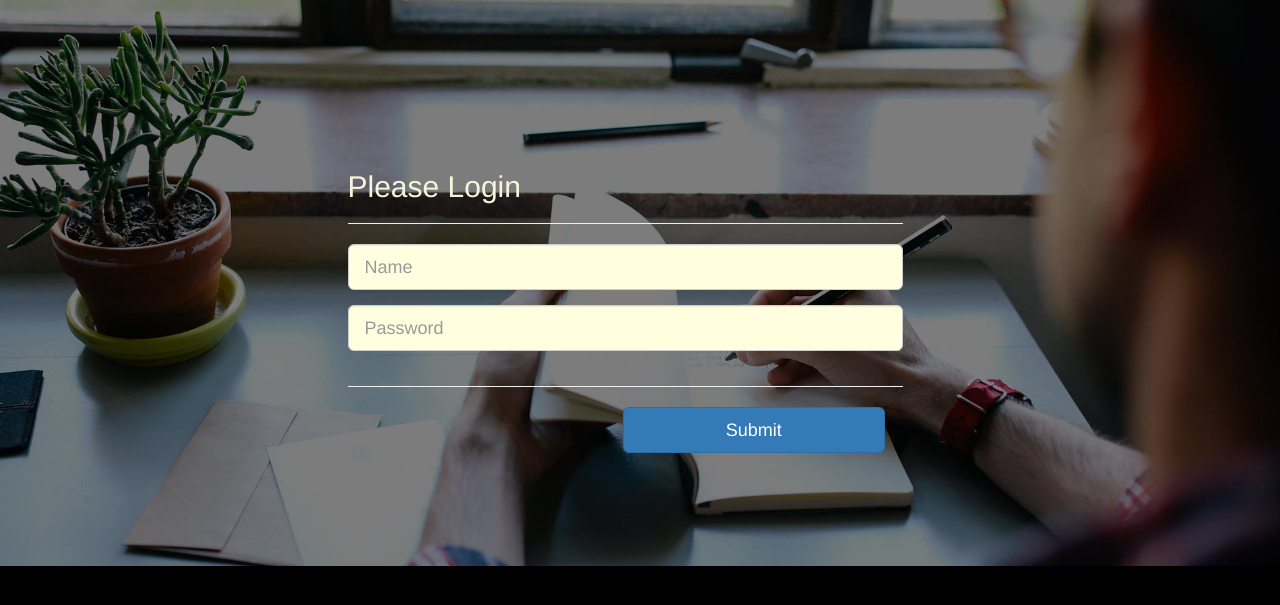
Repository: 123poornima/UpdatedSecondProject
Page: frontendPro/WebContent/_user/login.html
These files come from the project's save history. The page is drawn as it stood at one moment and after the next save; the edit follows.
The browser window is 1280 px wide. The pictures show the whole page.

Above is the page before, as saved 2017-01-17 05:23:50.

After the next save:
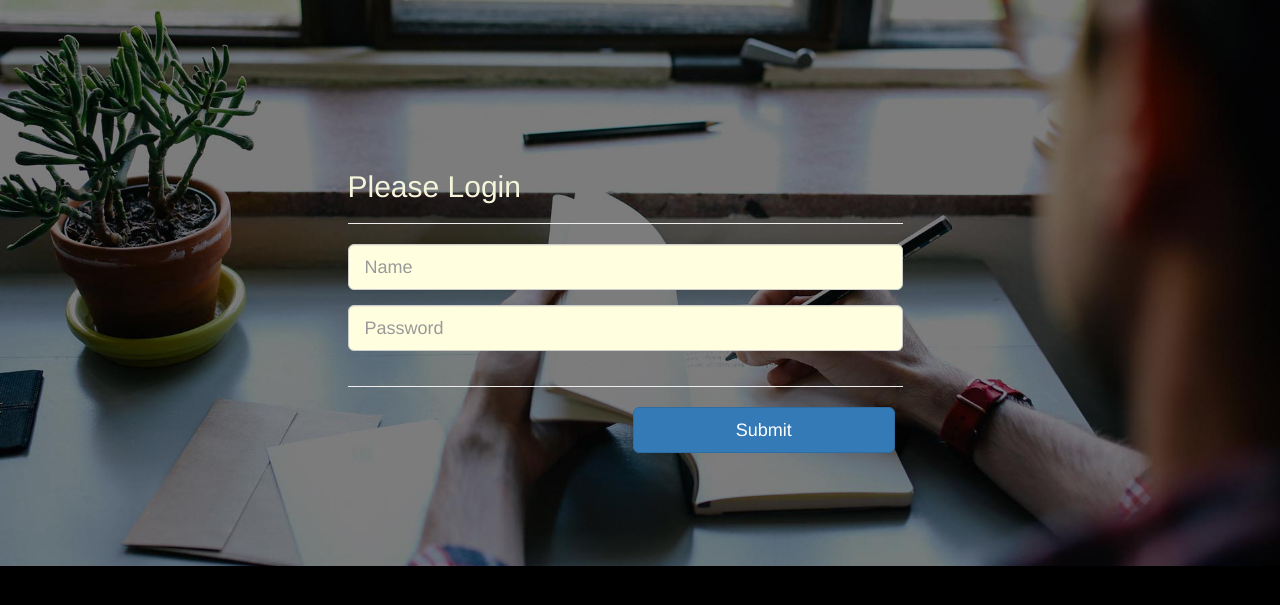
Saved 15 s later.
--- a/frontendPro/WebContent/_user/login.html
+++ b/frontendPro/WebContent/_user/login.html
@@ -42,7 +42,7 @@ background-color:black;
 		</div>
 			<hr class="colorgraph">
  			<div class="row">
-				<div class="col-xs-12 col-md-6"><input style="margin-left:275px" type="submit" ng-click="submit()" class="btn btn-primary btn-block btn-lg" tabindex="7"></div>
+				<div class="col-xs-12 col-md-6"><input style="margin-left:285px" type="submit" ng-click="submit()" class="btn btn-primary btn-block btn-lg" tabindex="7"></div>
 			</div>
 
 		</div>
